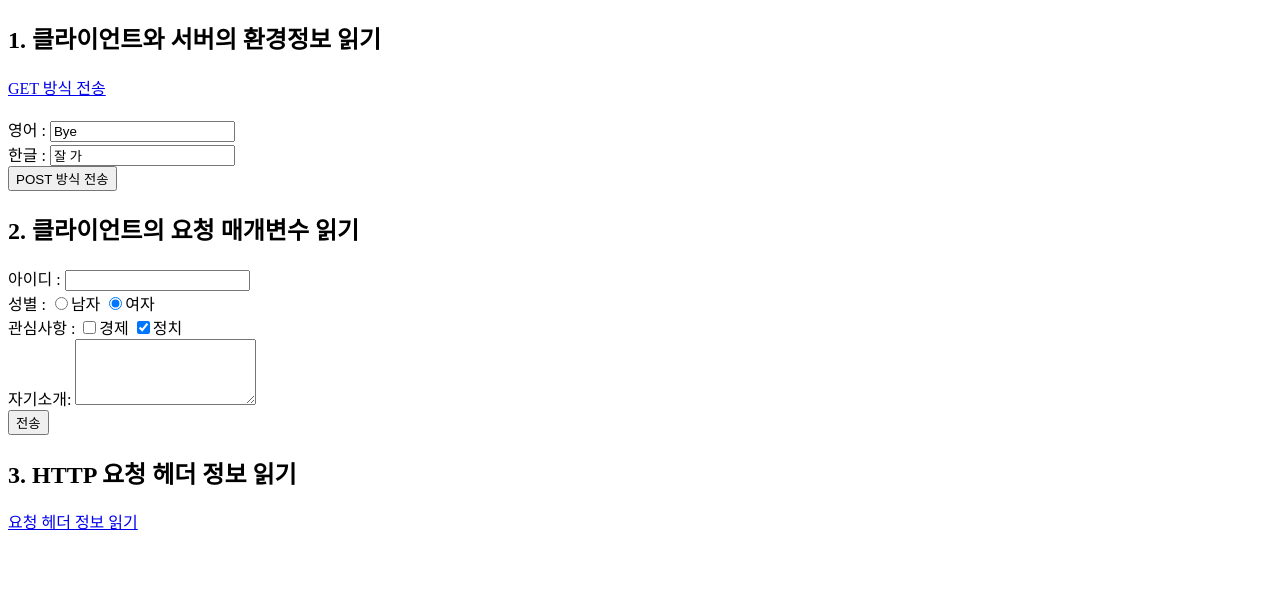
Repository: Jadedvst/JSP-Servlet
Page: http://localhost/MustHaveJSP/02ImplicitObject/RequestMain.jsp
The author's editor kept a copy of each file at every save. The page is drawn from the files as they stood at one save, then again after the next save.
The browser window is 1280 px wide. The pictures show the whole page.
The page is served by Tomcat 9.

Above is the page before, as saved 2023-12-11 02:38:31.

### MustHaveJSP/src/main/webapp/02ImplicitObject/RequestMain.jsp
<%@ page language="java" contentType="text/html; charset=UTF-8"
    pageEncoding="UTF-8"%>
<!DOCTYPE html>
<html>
<head>
<meta charset="UTF-8">
<title>내장 객체 - request</title>
</head>
<body>
	<h2>1. 클라이언트와 서버의 환경정보 읽기</h2>
	<a href="./RequestWebInfo.jsp?eng=Hello&han=안녕">
		GET 방식 전송
	</a>
	<br />
	<br />
	<form action="./RequestWebInfo.jsp" method="post">
		영어 : <input type="text" name="eng" value="Bye" /><br/>
		한글 : <input type="text" name="han" value="잘 가" /><br/>
		<input type="submit" value="POST 방식 전송" />
	</form>

	<h2>2. 클라이언트의 요청 매개변수 읽기</h2>
	<form action="./RequestWebInfo.jsp" method="post">
		아이디 : <input type="text" name="id" value="" /><br/>
		성별 :
		<input type="radio" name="sex" value="man" />남자
		<input type="radio" name="sex" value="woman" checked="checked" />여자
		<br/>
		관심사항 :
		<input type="checkbox" name="favo" value="eco" />경제
		<input type="checkbox" name="favo" value="pol" checked="checked" />정치<br/>
		자기소개:
		<textarea name="intro" cols="20" rows="4"></textarea>
		<br/>
		<input type="submit" value="전송" />
	</form>

	<h2>3. HTTP 요청 헤더 정보 읽기</h2>
	<a href="RequestHeader.jsp">
		요청 헤더 정보 읽기
	</a>
</body>
</html>

After the next save:
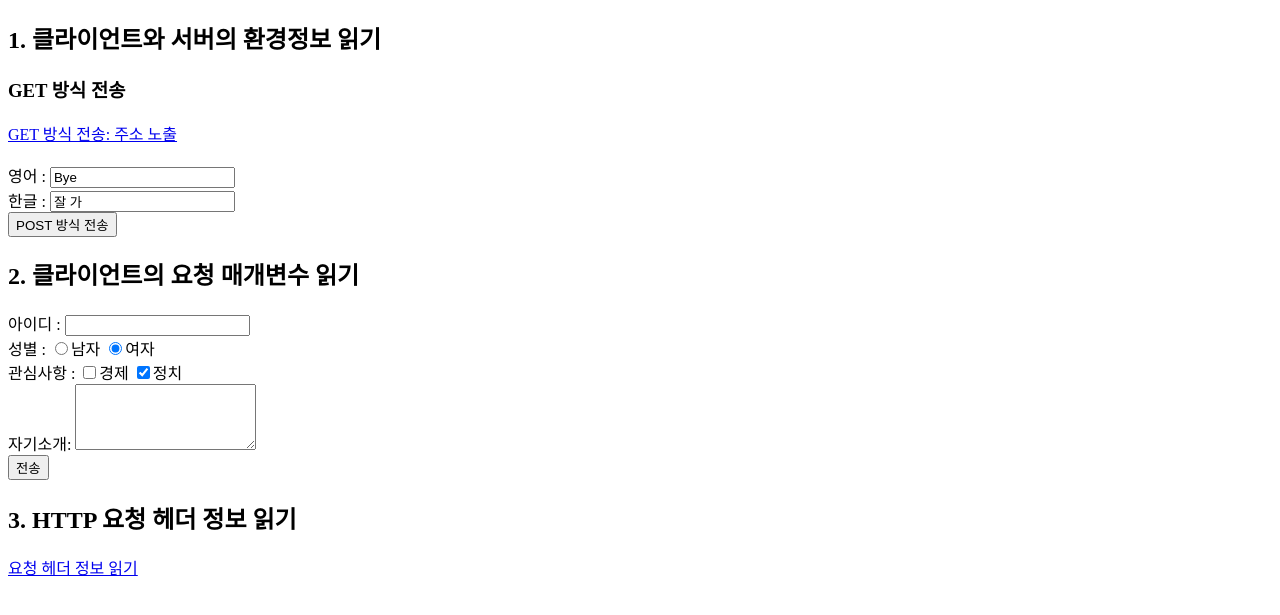
Saved 18 s later.
--- a/MustHaveJSP/src/main/webapp/02ImplicitObject/RequestMain.jsp
+++ b/MustHaveJSP/src/main/webapp/02ImplicitObject/RequestMain.jsp
@@ -8,8 +8,9 @@
 </head>
 <body>
 	<h2>1. 클라이언트와 서버의 환경정보 읽기</h2>
+	<h3>GET 방식 전송</h3>
 	<a href="./RequestWebInfo.jsp?eng=Hello&han=안녕">
-		GET 방식 전송
+		GET 방식 전송: 주소 노출
 	</a>
 	<br />
 	<br />
